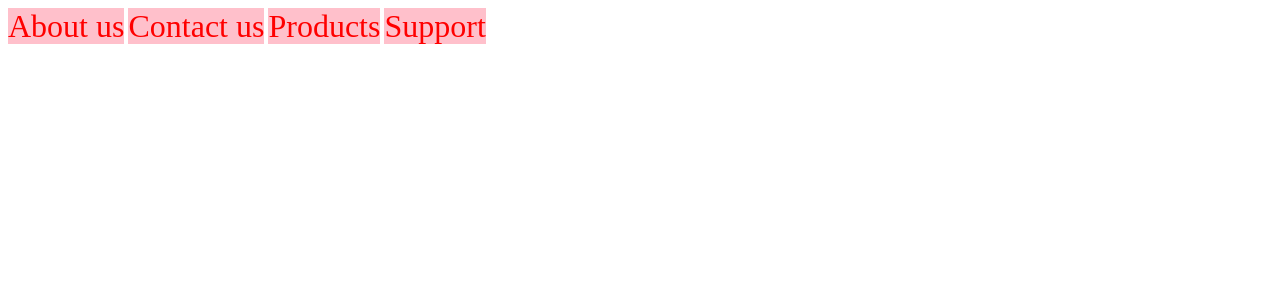
Repository: SrikanthGadde/MaGE-JavaFS
Page: Week-1/Sept1/HTML&CSS/WebContent/Test.html
The author's editor kept a copy of each file at every save. The page is drawn from the files as they stood at one save, then again after the next save.
The browser window is 1280 px wide. The pictures show the whole page.

Above is the page before, as saved 2020-09-01 07:25:16.

### Week-1/Sept1/HTML&CSS/WebContent/Test.html
<!DOCTYPE html>
<html>
<head>
<!-- <meta charset="ISO-8859-1"> -->
<title>Insert title here</title>
 <!-- Property: Value-->
<style>
	a:hover {
  background-color: yellow;
}
	a{
		background-color: pink;
		color: red;
		text-align: justify;
		font-size: xx-large;
	}
</style>
</head>
<body>
<div>
	<a style="color:red">About us</a>
	<a>Contact us</a>
	<a>Products</a>
	<a>Support</a>
</div>
</body>
</html>

After the next save:
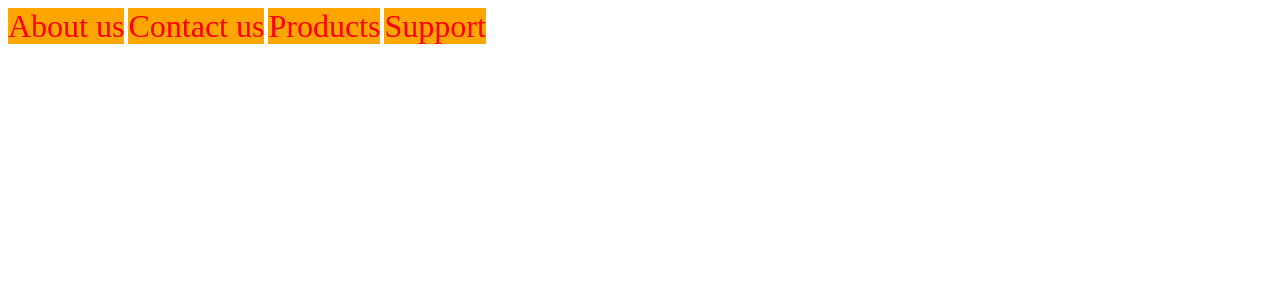
Saved 7 s later.
--- a/Week-1/Sept1/HTML&CSS/WebContent/Test.html
+++ b/Week-1/Sept1/HTML&CSS/WebContent/Test.html
@@ -9,7 +9,7 @@
   background-color: yellow;
 }
 	a{
-		background-color: pink;
+		background-color: orange;
 		color: red;
 		text-align: justify;
 		font-size: xx-large;
